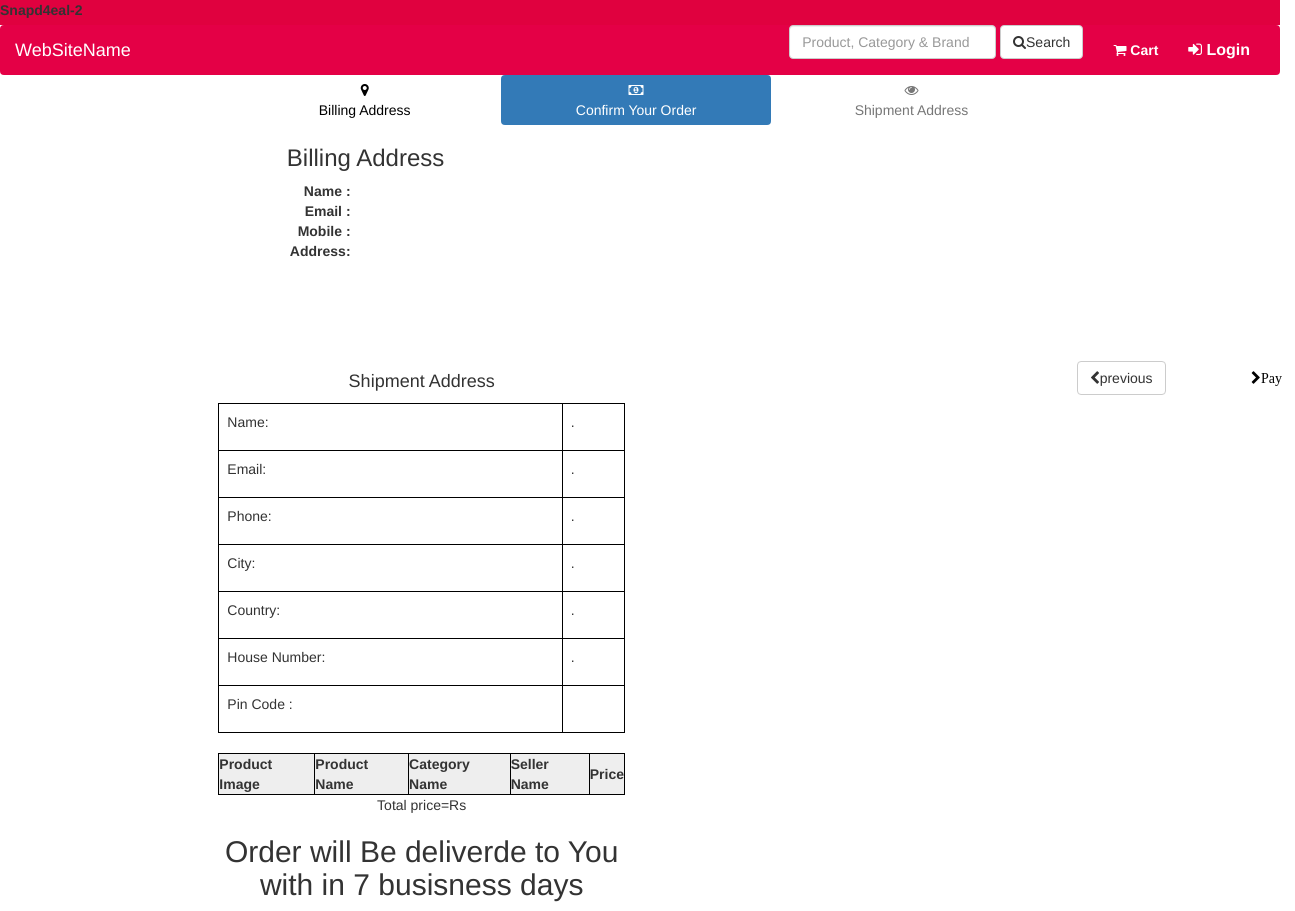
Repository: Aryans26/project
Page: http://localhost/frontend/WEB-INF/views/orderconfirm.jsp
These files come from the project's save history. The page is drawn as it stood at one moment and after the next save; the edit follows.
The browser window is 1280 px wide. The page is 1295 px wide, so the pictures cover 1295 px, including what lies to the right of the window. The pictures show the whole page.
Some web libraries are served in a nearby version. The page is served by Tomcat 9. Nobody is signed in. Other server files are loaded and not shown. The template is opened directly, without the code that normally fills it, so the values that code supplies are empty.

Above is the page before, as saved 2017-06-21 09:45:29.

### frontend/src/main/webapp/WEB-INF/views/orderconfirm.jsp
<%@ taglib prefix="c" uri="http://www.springframework.org/tags"%>
<%@ taglib prefix="form" uri="http://www.springframework.org/tags/form"%>
<!doctype html>
<html>
<head>
<c:url value="/resource" var="res" />

<!-- <link rel="stylesheet" ref="https://maxcdn.bootstrapcdn.com/bootstrap/3.3.7/css/bootstrap.min.css"> -->
<script
	src="https://ajax.googleapis.com/ajax/libs/jquery/3.2.1/jquery.min.js"></script>
<script
	src="https://maxcdn.bootstrapcdn.com/bootstrap/3.3.7/js/bootstrap.min.js"></script>
<link rel="stylesheet" href="${res}/css/bootstrap.min.css" />
<link rel="stylesheet" href="${res}/css/style.css" />
<link rel="stylesheet" href="${res}/css/font-awesome/css/font-awesome.min.css" />

</head>
<body>
	<%@include file="navbar.jsp"%>

<div class="Container">
<div class="row col-md-10 col-lg-8 col-lg-offset-2">
       <form method="post" action="shop-checkout4.html">
                                <ul class="nav nav-pills nav-justified">
                                    <li ><a href="<c:url value="/previous"/>"><i class="fa fa-map-marker"></i><br>Billing Address</a></li>
                                    <li class="active"><a href="<c:url value="/pay"/>"><i class="fa fa-money"></i><br>Confirm Your Order</a></li>
                                    <li class="disabled"><a href="<c:url value="/orderconfirmation"/>"><i class="fa fa-eye"></i><br>Shipment Address</a></li>
                                </ul>
</form>
</div>
<div class="col-md-10 col-lg-8 col-lg-offset-2">
<div class="col-md-4 col-sm-4 col-xs-12 billing-add">
		<h3 class="text-center">Billing Address</h3>
		<div class="row">
		<div class="col-md-6 col-sm-6 b-r"><b>Name :</b></div>
		<div class="col-md-6 col-sm-6">${user.getU_name()} </div>
		</div>
		<div class="row">
		<div class="col-md-6 col-sm-6 b-r"><b>Email :</b></div>
		<div class="col-md-6 col-sm-6">${user.getU_email()}</div>
		</div>
		<div class="row"><div class="col-md-6 col-sm-3 b-r"><b>Mobile :</b></div><div class="col-md-6 col-sm-6">${user.getU_phoneno()}</div></div>
		<div class="row"><div class="col-md-6 col-sm-6 b-r"><b>Address:</b></div><div class="col-md-6 col-sm-6">${billing.getHouse_no()}<br>
		${billing.getStreet_name()}<br>${billing.getCity()}<br>${billing.getState()}<br>${billing.getCountry()}<br>
		${billing.getPincode()}<br>
		</div></div>

	</div>
                                                 </div>
</div>



            <div class="row">
            <div class="span15">

                <div class="col-lg-8 col-lg-offset-2">
<center>
                <div class="row">
                    <div class="col-md-1"></div>
                    <div class="col-md-10 clearfix" id="checkout">

<!--                         <div class="box"> -->

<!--                                 <div class="container"> -->
<!--                                    <div class="row"> -->

<!--                                             <div class="box payment-method"> -->

                                           </table>
                                        </div>
                                        <div class="col-sm-6">
<!--                                             <div class="box payment-method"> -->
											<center>
                                                <h4>Shipment Address</h4>
                                               <table class="table" style="border: 1px solid black; border-collapse: collapse;">
                                               <tr style="border: 1px solid black; border-collapse: collapse;"><td style="border: 1px solid black; border-collapse: collapse;">Name:</td> <td style="border: 1px solid black; border-collapse: collapse;"><p>${shippingAddress.getShip_name()}  .</p></td></tr>
                                                <tr style="border: 1px solid black; border-collapse: collapse;"><td style="border: 1px solid black; border-collapse: collapse;"><p>Email:</td><td style="border: 1px solid black; border-collapse: collapse;">${shippingAddress.getShip_email()} .</p></td></tr>
                                               <tr style="border: 1px solid black; border-collapse: collapse;"><td style="border: 1px solid black; border-collapse: collapse;"> <p>Phone:</td><td style="border: 1px solid black; border-collapse: collapse;">${shippingAddress.getShip_mono()} .</p></td></tr>
                                                <tr style="border: 1px solid black; border-collapse: collapse;"><td style="border: 1px solid black; border-collapse: collapse;"><p>City:</td><td style="border: 1px solid black; border-collapse: collapse;">${shippingAddress.getShip_city()} .</p></td></tr>
                                               <tr style="border: 1px solid black; border-collapse: collapse;"><td style="border: 1px solid black; border-collapse: collapse;"> <p>Country:</td><td style="border: 1px solid black; border-collapse: collapse;">${shippingAddress.getShip_country()} .</p></td></tr>
                                               <tr style="border: 1px solid black; border-collapse: collapse;"><td style="border: 1px solid black; border-collapse: collapse;"> <p>House Number:</td><td style="border: 1px solid black; border-collapse: collapse;">${shippingAddress.getShip_houseno()} .</p></td></tr>
                                                <tr style="border: 1px solid black; border-collapse: collapse;"><td style="border: 1px solid black; border-collapse: collapse;"><p>Pin Code :</td><td style="border: 1px solid black; border-collapse: collapse;">${shippingAddress.getShip_pincode()}</p></td></tr>


                                            </div>
                                        </div>
</center>

                                        </div>
                                    </div>

                                    <!-- /.row -->
									<div class="content">
									<div class="row">
									<div class="col-lg-8 col-lg-offset-2">
									<table style="border: 1px solid black" >
    <thead style="border: 1px solid black">
      <tr style="background-color: #eee">
      <th style="border: 1px solid black">Product Image</th>
        <th style="border: 1px solid black">Product Name</th>
<!--         <th>Description</th> -->
        <th style="border: 1px solid black">Category Name</th>
        <th style="border: 1px solid black">Seller Name</th>
        <th style="border: 1px solid black">Price</th>
      </tr>
    </thead>
    <tbody>

    <c1:if test="${prot!=null}">
      <tr>
        <td style="border: 1px solid black"><img src="<c:url value='/resource/images/${prot.getP_id()}.jpg'/>" width=150px height=200px></td>
        <td style="border: 1px solid black">${prot.getP_Name()}</td>
<%--         <td>${product.getDes()}</td> --%>
        <td style="border: 1px solid black">${prot.getCategory().getCat_name()}</td>
        <td style="border: 1px solid black">${prot.getSeller().getName()}</td>
        <td style="border: 1px solid black">${prot.getPrice()}</td>
      </tr>
      </c1:if>
    <c1:if test="${prot==null}">
     <c1:forEach items="${cartItems}" var="c1">
      <tr>
        <td style="border: 1px solid black"><img src=""></td>
        <td style="border: 1px solid black">${c1.getProduct().getP_Name()}</td>
<%--         <td>${c1.getproduct.getDes()}</td> --%>
        <td style="border: 1px solid black">${c1.getProduct().getCategory().getCat_name()}</td>
        <td style="border: 1px solid black">${c1.getProduct().getSeller().getName()}</td>
        <td style="border: 1px solid black">${c1.getProduct().getPrice()}</td>
      </tr>
      </c1:forEach>
      </c1:if>


  </tbody>
 </table>
     <p calss="pull-left">Total price=Rs${prot.getPrice()}</p>
			<h2> Order will Be deliverde to You with in 7 busisness days</h2>
			</div>
									</div>
									</div>
                                <div class="box-footer">
                                         <div class="pull-left">
                                        <a href="<c:url value="/previous"/>" class="btn btn-default"><i class="fa fa-chevron-left"></i>previous</a>
                                        </div>
                                         <div class="pull-right">
                                        <a href="<c:url value="/pay"/>"  class="btn btn-template-main"><i class="fa fa-chevron-right">Pay</i></a>
                                        </button>
                                        </div>
                                     </div>
                                </div>
                                <!-- /.content -->



    </div>





</body>

</html>

### frontend/src/main/webapp/WEB-INF/views/navbar.jsp
<%@ taglib prefix="c" uri="http://www.springframework.org/tags"%>
<%@ taglib prefix="form" uri="http://www.springframework.org/tags/form"%>
<%@ taglib prefix="security" uri="http://www.springframework.org/security/tags" %>
<%@ taglib prefix="c1" uri="http://java.sun.com/jsp/jstl/core"%>
<!DOCTYPE html >
<html>
<head>
<meta http-equiv="Content-Type" content="text/html; charset=ISO-8859-1">
<title>Insert title here</title>
</head>
<body>
	<div class="headder">
		<b>Snapd4eal-2</b>
	</div>

	<nav class="navbar navbar-default" style="color: white;">
		<div class="container-fluid">
			<div class="navbar-header">
				<button type="button" class="navbar-toggle" data-toggle="collapse" data-target="#myNavbar">
					<span class="icon-bar"></span> <span class="icon-bar"></span>
					<span class="icon-bar"></span>
				</button>
				<a class="navbar-brand" href="<c:url value="/"/>"
					style="color: white;">WebSiteName</a>
				<form class="navbar-form navbar-right visible-sm visible-xs">
					<div class="form-group">
						<input type="text" class="form-control"
							placeholder="Product, Category & Brand">
					</div>
					<button type="submit" class="btn btn-default">
						<i class="fa fa-search"></i>Search
					</button>

				</form>
			</div>
			<div class="collapse navbar-collapse" id="myNavbar">
			<c1:if test="${pageContext.request.userPrincipal.name!=null}">
			<security:authorize access="hasRole('ROLE_ADMIN')">
				<ul class="nav navbar-nav">
					<li style="color: white;"><a
						href="<c:url value="/category"/>">Add Category</a></li>
					<li style="color: white;"><a
						href="<c:url value="/addproduct"/>">Add Product</a></li>
					<li style="color: white;"><a
						href="<c:url value="/supplier"/>">Add Supplier</a></li>
<!-- 					<li style="color: white;"><a -->
<%-- 						href="<c:url value="/addcard"/>">Add Card</a></li> --%>

				</ul>
				</security:authorize>
				</c1:if>
				<ul class="nav navbar-nav navbar-right">
					<li><a href="<c:url value="/viewcart"/>"><i class="fa fa-shopping-cart"></i>
							Cart</a></li>

					<li class="dropdown"><a href="#" class="dropbtn"><span
							class="fa fa-sign-in"></span>
							<c1:if test="${pageContext.request.userPrincipal.name==null}"> Login </c1:if>
							 <c1:if test="${pageContext.request.userPrincipal.name!=null}">  Logout</c1:if></a>

						<div class="dropdown-content">
							<a href="#">your account</a>
							<a href="#">your orders</a>
							<c1:if test="${pageContext.request.userPrincipal.name==null}">

							<a href="<c:url value="/users"/>" class="hvr-reg-bordertop" > new user ?<br>
							<b>register</b></a>
<%-- <a href="<c:url value="/login"/>"><button type="button" class="btn btn-danger" style="width: 90%; margin: 10px;">Login</button></a> --%>
							<button type="button" class="btn btn-danger" data-toggle="modal"
								data-target="#myModal" style="width: 90%; margin: 10px;">Login</button>
								</c1:if>

								<c1:if test="${pageContext.request.userPrincipal.name!=null}">
					<a href="<c:url value="/j_spring_security_logout"/>"><button type="button" class="btn btn-danger" >Logout</button></a>
								</c1:if>
						</div></li>

				</ul>
				<form class="navbar-form navbar-right hidden-sm hidden-xs">
					<div class="form-group">
						<input type="text" class="form-control"
							placeholder="Product, Category & Brand">
					</div>
					<button type="submit" class="btn btn-default">
						<i class="fa fa-search"></i>Search
					</button>

				</form>

			</div>
		</div>
	</nav>


	<!-- Modal -->
	<div class="modal fade" id="myModal" role="dialog">
		<div class="modal-dialog modal-lg">
			<div class="modal-content">
				<div class="modal-header">
					<button type="button" class="close" data-dismiss="modal">&times;</button>
					<h4 class="modal-title">Login</h4>
				</div>
				<div class="modal-body">
				<c1:url value="/j_spring_security_check" var="a"/>
					<form role="form" method="post" action="${a} ">
						<div class="form-group">
				<label for="email">Email address:</label>
				<input type="email" class="form-control" id="email" name="j_username" placeholder="Email Id">
						</div>
						<div class="form-group">
				<label for="pwd">Password:</label>
				 <input type="password" class="form-control" id="pwd" name="j_password" placeholder="Password">
						</div>
						<div class="checkbox">
							<label><input type="checkbox"> Remember me</label>
						</div>
						<a class="cursor" data-dismiss="modal" data-toggle="modal"
							data-target="#myModal1">new User ? <b>register</b></a>
						<button type="submit" class="btn btn-success">Submit</button>
					</form>
				</div>
				<div class="modal-footer">
					<button type="button" class="btn btn-default" data-dismiss="modal">Close</button>
				</div>
			</div>
		</div>
	</div>

</body>
</html>

### frontend/src/main/webapp/resource/css/style.css
@charset "utf-8";
/* CSS Document */
.headder {
	min-height: 25px;
	background-color: #E0013F;
}

.navbar-default, .navbar-default li {
	background-color: #e40046;
	color: white;
}

.navbar-default li a {
	color: #FFF;
	font-weight: bold;
}

.navbar-nav li:hover, .navbar-nav li:focus, .navbar-nav li:active {
	background-color: #333;
}

.navbar-nav dropdown:hover {
	background-color: #333;
}

.dropbtn {
	color: white;
	padding: 16px;
	font-size: 16px;
	border: none;
	cursor: pointer;
}

.
.dropdown:hover {
	background-color: #333;
	color: white;
	padding: 16px;
	font-size: 16px;
	border: none;
	cursor: pointer;
}

.dropdown {
	position: relative;
	display: inline-block;
}

.dropdown-content {
	display: none;
	position: absolute;
	background-color: #333;
	min-width: 160px;
	right: 5px;
	box-shadow: 0px 8px 16px 0px rgba(0, 0, 0, 0.2);
	z-index: 1;
}

.dropdown-content a {
	color: black;
	font-size: 14px !important;
	font-weight: normal !important;
	text-align: center;
	padding: 12px 16px;
	text-decoration: none;
	display: block;
}

.dropdown-content a:hover {
	background-color: #000;
}

.dropdown:hover .dropdown-content {
	display: block;
}

.dropdown:hover .dropbtn {
	background-color: #333;
}

.dropdown-content .hvr-reg-bordertop {
	border-top: 1px solid #999;
	padding-top: 20px;
	margin-bottom: 0;
	padding-bottom: 0;
}

.cursor {
	cursor: pointer;
}

.form-fill{
	max-width:500px;
	box-shadow:2px 2px 8px  grey;
	padding:30px 20px;
	margin:10px auto;
	border-radius:10px;
}

.form-list-table{
	border:2px solid grey;
	box-shadow:4px 4px 8px grey;
	border-radius:10px;
}
.head3{
	color:#e40046;
	font-weight:bold;
	text-align:center;
	text-shadow:2px 2px 4px grey;
}

.items-list-head > div{
	Color:red;
	text-align:center;
	font-weight:bolder;
	font-size:20px;
}
.items-list > div{
	border-top:1px solid grey;
	line-height:40px;
	text-align:center;
	font-weight:bold;
}

.box-shadow{
	border-radius:10px;
	box-shadow:2px 2px 8px grey;
}

.list-head{
	font-size:16px;
	font-weight:bold;
	text-shadow:1px 1px 1px grey;
}

.billing-add .b-r{
	text-align:right;
}

Loaded but not shown: frontend/src/main/webapp/resource/css/bootstrap.min.css (library); frontend/src/main/webapp/resource/css/font-awesome/css/font-awesome.min.css (library)

After the next save:
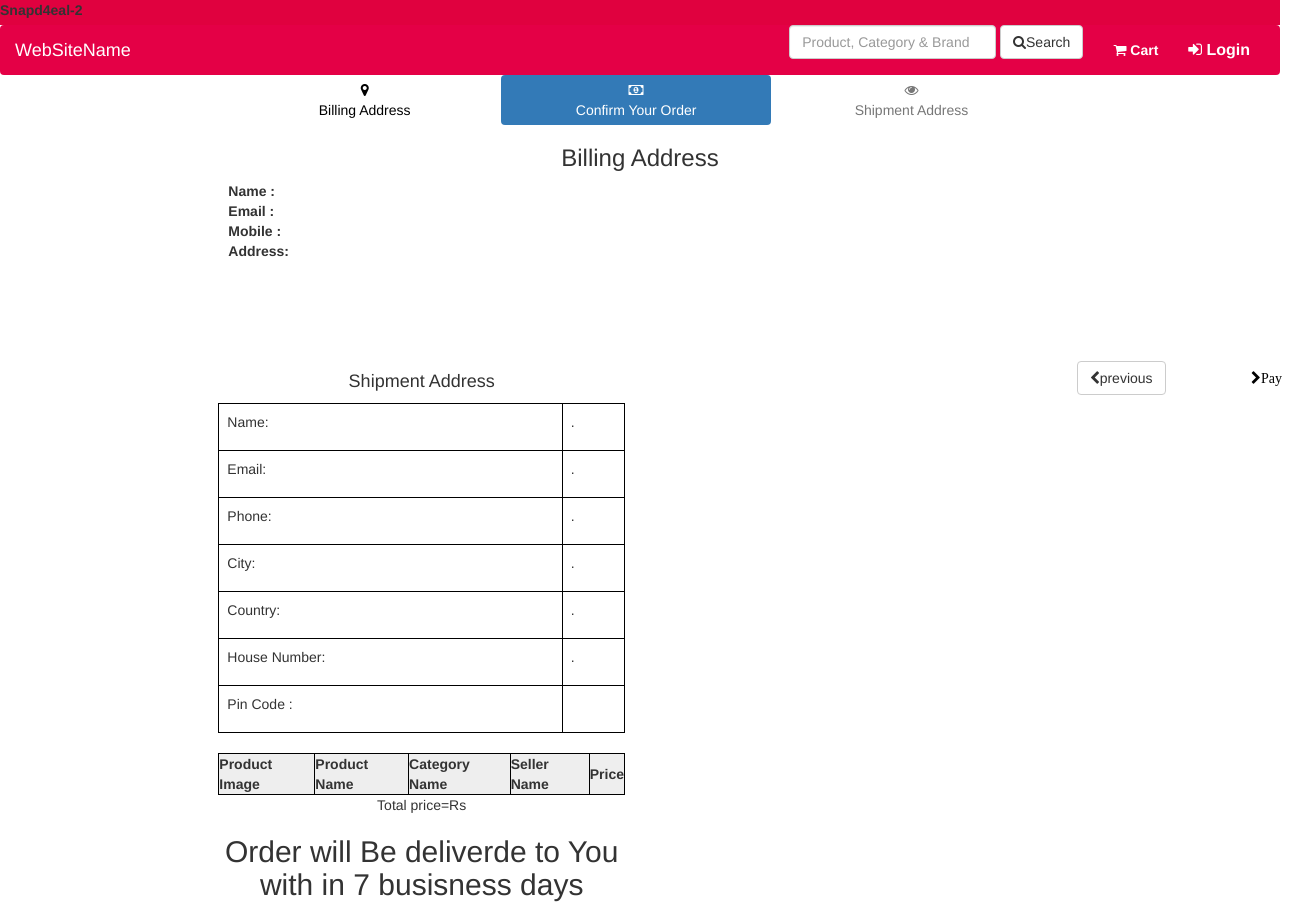
Saved 46 s later.
--- a/frontend/src/main/webapp/WEB-INF/views/orderconfirm.jsp
+++ b/frontend/src/main/webapp/WEB-INF/views/orderconfirm.jsp
@@ -29,7 +29,7 @@
 </form>
 </div>
 <div class="col-md-10 col-lg-8 col-lg-offset-2">
-<div class="col-md-4 col-sm-4 col-xs-12 billing-add">
+
 		<h3 class="text-center">Billing Address</h3>
 		<div class="row">
 		<div class="col-md-6 col-sm-6 b-r"><b>Name :</b></div>
@@ -45,7 +45,7 @@
 		${billing.getPincode()}<br>
 		</div></div>
 
-	</div>
+
                                                  </div>
 </div>
 
